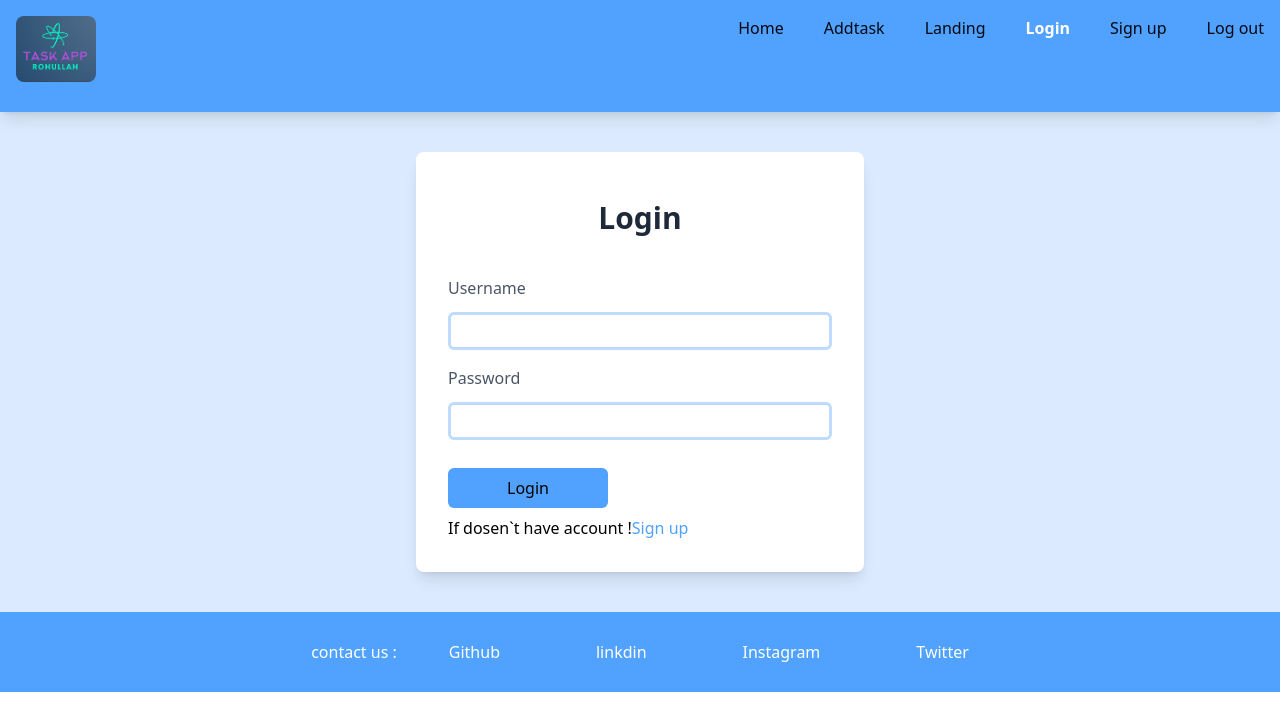
Repository: Rohullah-Noori/TaskApp
Page: /
These files come from the project's save history. The page is drawn as it stood at one moment and after the next save; the edit follows.
The browser window is 1280 px wide. The pictures show the whole page.
The project was rebuilt for these pictures with package versions that can differ from the ones it lists, and the page was loaded fresh each time. Also part of the build but not shown: vite.config.js, src/components/Loader.jsx, src/pages/Landing.jsx, src/pages/Home.jsx, src/pages/Signup.jsx, src/pages/Addtask.jsx, src/pages/Edittask.jsx, src/pages/Errorpage.jsx and 1 more.

Above is the page before, as saved 2025-03-01 13:03:16.

After the next save:
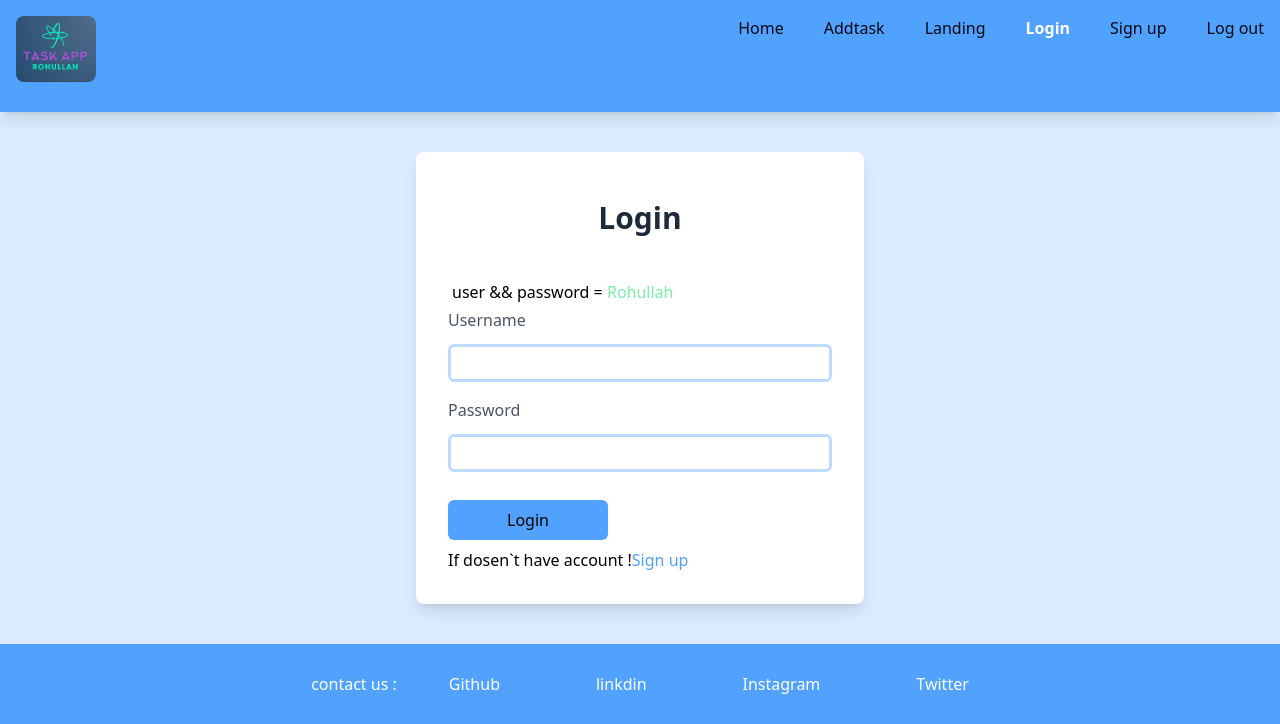
Saved 12 days later.
--- a/src/pages/Login.jsx
+++ b/src/pages/Login.jsx
@@ -41,6 +41,9 @@ function Login() {
       <div className="containerForm">
         <div className="parentContainerForm ">
           <h2 className="heading">Login</h2>
+          <p className="p-1">
+            user && password = <span className="text-green-300">Rohullah</span>
+          </p>
           {loading && <Loader />}
           {message && (
             <div
